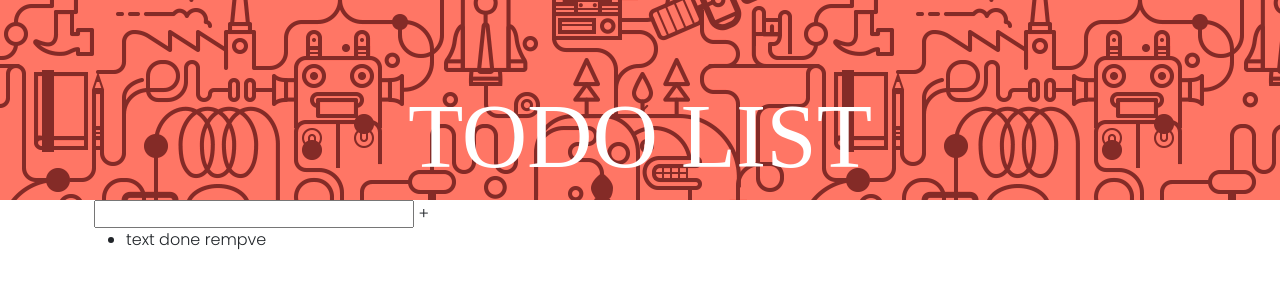
Repository: zum281/todo-list
Page: index.html
The author's editor kept a copy of each file at every save. The page is drawn from the files as they stood at one save, then again after a run of saves.
The browser window is 1280 px wide. The pictures show the whole page.
Some web fonts or font styles are not loaded; a fallback is used. The style sheet was rebuilt from its Sass, Less or Tailwind sources for each picture, by a compiler version that may differ from the author's.

Above is the page before, as saved 2021-03-05 15:55:58.

### index.html
<!DOCTYPE html>
<html lang="en">

    <head>
        <meta charset="UTF-8">
        <meta http-equiv="X-UA-Compatible" content="IE=edge">
        <meta name="viewport" content="width=device-width, initial-scale=1.0">

        <!-- Bootstrap CSS -->
        <link href="https://cdn.jsdelivr.net/npm/bootstrap@5.0.0-beta2/dist/css/bootstrap.min.css" rel="stylesheet"
            integrity="sha384-BmbxuPwQa2lc/FVzBcNJ7UAyJxM6wuqIj61tLrc4wSX0szH/Ev+nYRRuWlolflfl" crossorigin="anonymous">
        <!-- Option 1: Bootstrap Bundle with Popper -->
        <script src="https://cdn.jsdelivr.net/npm/bootstrap@5.0.0-beta2/dist/js/bootstrap.bundle.min.js"
            integrity="sha384-b5kHyXgcpbZJO/tY9Ul7kGkf1S0CWuKcCD38l8YkeH8z8QjE0GmW1gYU5S9FOnJ0" crossorigin="anonymous">
        </script>

        <!--Jquery-->
        <script src="https://code.jquery.com/jquery-3.6.0.min.js"
            integrity="sha256-/xUj+3OJU5yExlq6GSYGSHk7tPXikynS7ogEvDej/m4=" crossorigin="anonymous"></script>

        <link rel="stylesheet" href="css/main.css">
        <title>Todo List</title>
    </head>

    <body>
        <div class="container-fluid head">

            <h1 class="title">TODO LIST</h1>
        </div>
        <div class="container main">
            <div class="container add-todo-box">
                <input type="text" name="add-todo" id="add-todo">
                <span>+</span>
            </div>
            <div class="container todo-list-container">
                <ul class="todo-list">
                    <li class="todo-item"><span>text</span> done rempve</li>
                </ul>
            </div>
        </div>
        <script src="js/main.js"></script>
    </body>

</html>

### sass/main.scss
@import url("https://fonts.googleapis.com/css2?family=Poppins:wght@300;400;500;600;700&display=swap");
@import url("https://fonts.googleapis.com/css2?family=Chelsea+Market&display=swap");

* {
    margin: 0;
    padding: 0;
    box-sizing: border-box;
}

body {
    font-weight: 300;
    font-family: "Poppins";
}
.head {
    min-height: 200px;
    background: url("/assets/science.png");
    background-repeat: repeat;
    display: flex;
    align-items: flex-end;
    justify-content: center;
}

.title {
    font-family: "Chelsea Market";
    text-align: center;
    font-size: 68pt;
    color: #fff;
}

Loaded but not shown: js/main.js (common file)

After the next 2 saves:
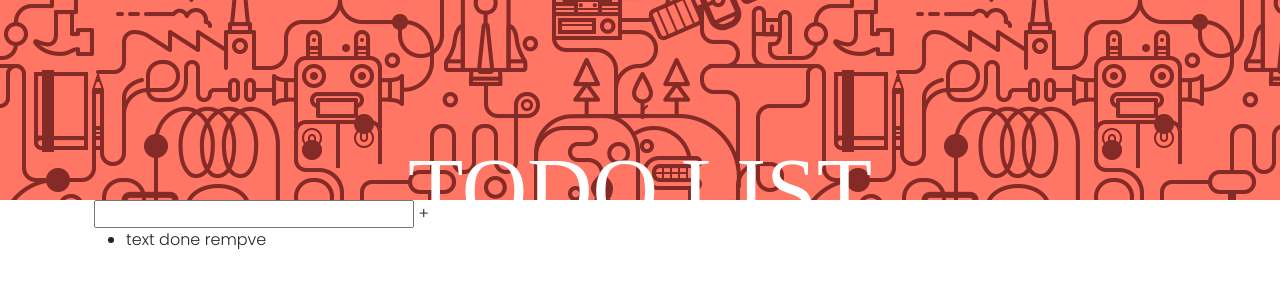
The 2 saves are shown as one change because they came seconds apart.
The last was saved 13 s later.
--- a/sass/main.scss
+++ b/sass/main.scss
@@ -25,4 +25,5 @@ body {
     text-align: center;
     font-size: 68pt;
     color: #fff;
+    transform: translateY(50%);
 }
